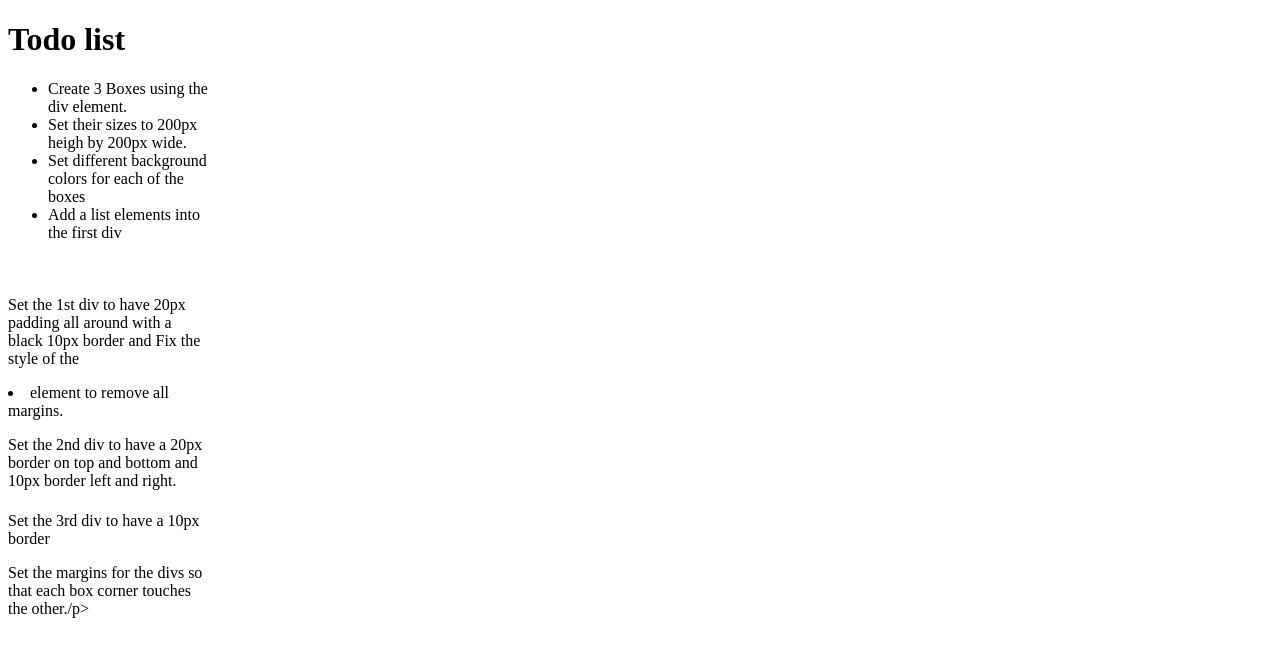
Repository: aniatot/CSS_KT
Page: 6.3 CSS Box Model/index.html
The author's editor kept a copy of each file at every save. The page is drawn from the files as they stood at one save, then again after the next save.
The browser window is 1280 px wide. The pictures show the whole page.

Above is the page before, as saved 2023-10-18 20:18:19.

### 6.3 CSS Box Model/index.html
<!DOCTYPE html>
<html lang="en">

<head>
  <meta charset="UTF-8">
  <title>CSS Box Model</title>
  <style>
    /* Write your CSS code here */
    div {
      height: 200px;
      width: 200px;
    }

    ul, li {
      margin: 0;
    }

/*     #first {
      background-color: cadetblue;
      padding: 20px;
      border: 10px solid black;
    }

    #second {
      background-color: gold;
      border: solid black;
      border-width: 20px 10px;
      margin-left: 260px;
    }

    #third {
      background-color: indianred;
      border: 10px solid black;
      margin-left: 40px;
    } */
  </style>

  </style>
</head>

<body>
<h1>Todo list</h1>
<div id="first">
  <ul>
    <li>Create 3 Boxes using the div element. </li>
    <li>Set their sizes to 200px heigh by 200px wide. </li>
    <li>Set different background colors for each of the boxes</li>
    <li>Add a list elements into the first div</li>
  </ul>
</div>

<div id="second">
  <p>Set the 1st div to have 20px padding all around with a black 10px border and
  Fix the style of the <li> element to remove all margins.</p>
  <p>Set the 2nd div to have a 20px border on top and bottom and 10px border left and right.</p>
</div>
<div id="third">
  <p>Set the 3rd div to have a 10px border</p>
  <p>Set the margins for the divs so that each box corner touches the other./p>
</div>
</body>

</html>

After the next save:
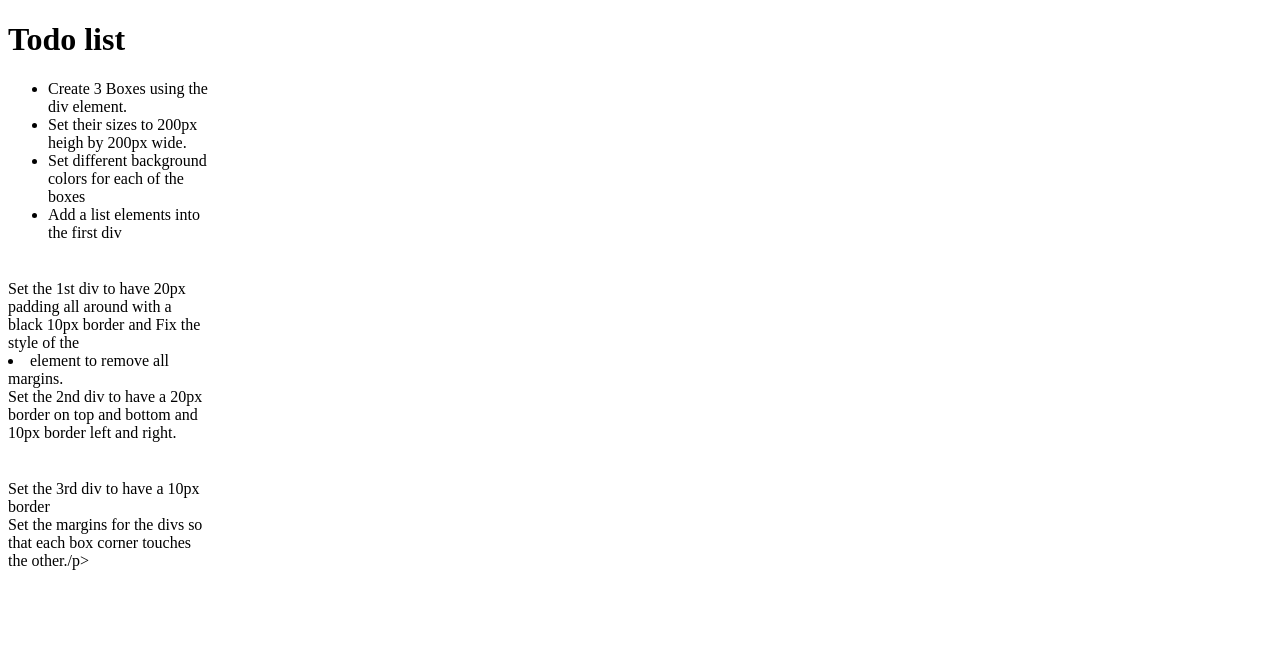
Saved 13 s later.
--- a/6.3 CSS Box Model/index.html
+++ b/6.3 CSS Box Model/index.html
@@ -11,7 +11,7 @@
       width: 200px;
     }
 
-    ul, li {
+    ul, li, p {
       margin: 0;
     }
 
